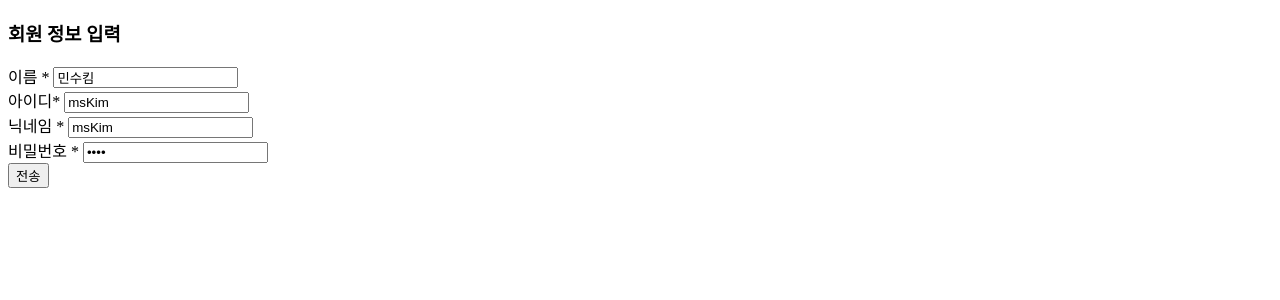
Repository: angwanghyeon/eclipse
Page: http://localhost/sec06/04_addMemberForm.jsp
An editor plug-in stored every save of this project. The page is shown before and after the next save, followed by the edit.
The browser window is 1280 px wide. The pictures show the whole page.
The page is served by Tomcat 9. Other server files are loaded and not shown.

Above is the page before, as saved 2023-09-01 02:14:05.

### sec06/src/main/webapp/04_addMemberForm.jsp
<%@ page language="java" contentType="text/html; charset=UTF-8"
	pageEncoding="UTF-8"%>
<!DOCTYPE html>
<html>
<head>
<meta charset="UTF-8">
<title>회원가입</title>
</head>
<body>
	<h3>회원 정보 입력</h3>
	<form name="joinfrm" id="reg_frm" method="post"
		action="02_addMember.jsp">

		<label for="name">이름</label><span> * </span>
		<input type="text"
			name="name" id="name" value="민수킴"><br>

		<label for="id">아이디</label><span>*</span>
		<input type="text" id="id" name="id" value="msKim"><br>

		<label for="nickname">닉네임</label><span> * </span>
		<input type="text"
			id="nickname" name="nickname" value="msKim"><br>

		<label for="pwd">비밀번호</label><span> * </span>
		<input type="password" id="pwd" name="pwd" value="1234"><br>

		<button>전송</button>
	</form>
</body>
</html>

After the next save:
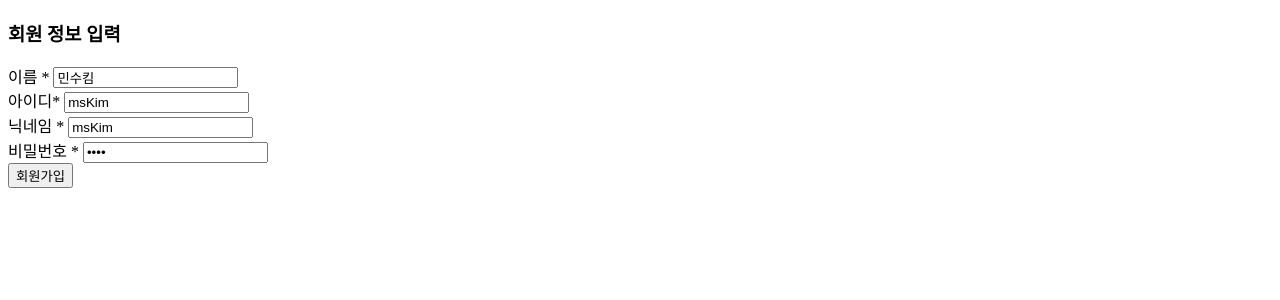
Saved 24 s later.
--- a/sec06/src/main/webapp/04_addMemberForm.jsp
+++ b/sec06/src/main/webapp/04_addMemberForm.jsp
@@ -25,7 +25,7 @@
 		<label for="pwd">비밀번호</label><span> * </span>
 		<input type="password" id="pwd" name="pwd" value="1234"><br>
 
-		<button>전송</button>
+		<input type="submit" value="회원가입">
 	</form>
 </body>
 </html>
